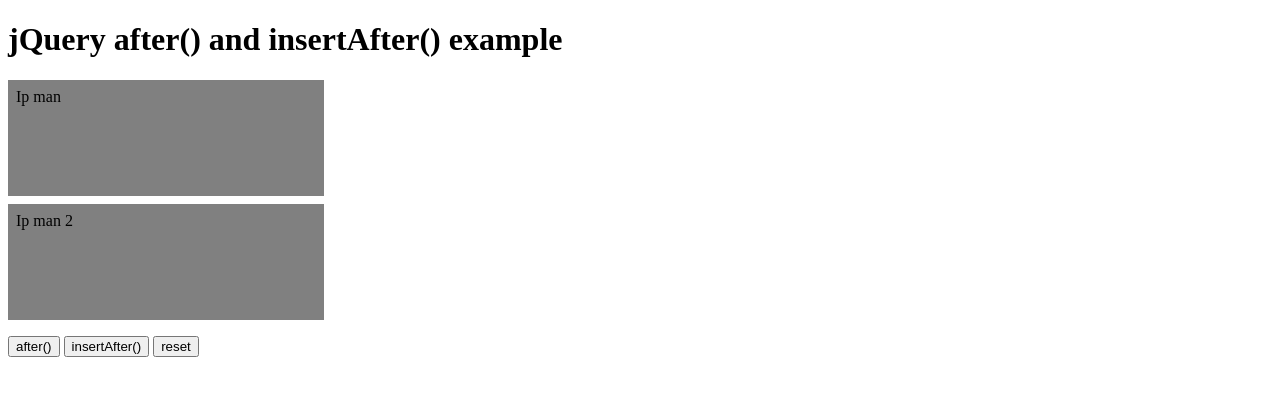
Repository: sudheerj/jQuery
Page: jQueryExamples/chapter06/SelectRadioButton.html
These files come from the project's save history. The page is drawn as it stood at one moment and after a run of saves; the edit follows.
The browser window is 1280 px wide. The pictures show the whole page.

Above is the page before, as saved 2016-10-21 17:44:00.

### jQueryExamples/chapter06/SelectRadioButton.html
<!DOCTYPE html>
<html>
	<head>
		<title>jQuery Animate</title>
		<script type="text/javascript" src="..\jquery\jquery-3.1.1.min.js"></script>
		<style type="text/css">
			.greyBox {
				padding: 8px;
				background: grey;
				margin-bottom: 8px;
				width: 300px;
				height: 100px;
			}
			.redBox {
				padding: 8px;
				background: red;
				margin-bottom: 8px;
				width: 200px;
				height: 50px;
			}
		</style>

	</head>
	<body>
		<h1>jQuery after() and insertAfter() example</h1>

		<div class="greyBox">
			Ip man
		</div>

		<div class="greyBox">
			Ip man 2
		</div>

		<p>
			<button id="after">
				after()
			</button>
			<button id="insertAfter">
				insertAfter()
			</button>
			<button id="reset">
				reset
			</button>
		</p>

		<script type="text/javascript">
			$("#after").click(function() {

				$('.greyBox').after("<div class='redBox'>Iron man</div>");

			});

			$("#insertAfter").click(function() {

				$("<div class='redBox'>Iron man</div>").insertAfter('.greyBox');

			});

			$("#reset").click(function() {
				location.reload();
			});

		</script>
	</body>
</html>

Loaded but not shown: jQueryExamples/jquery/jquery-3.1.1.min.js (library)

After the next 2 saves:
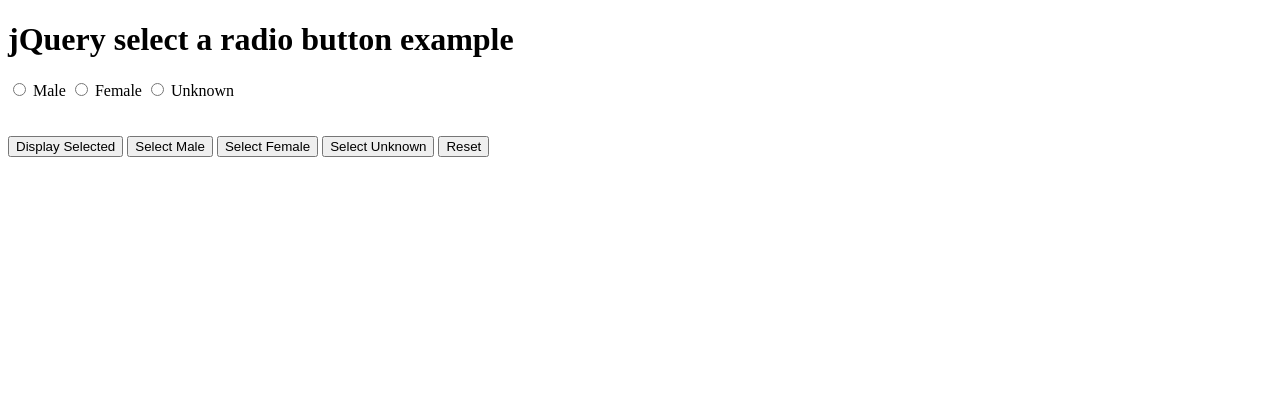
The 2 saves are shown as one change because they came seconds apart.
The last was saved 8 min 11 s later.
--- a/jQueryExamples/chapter06/SelectRadioButton.html
+++ b/jQueryExamples/chapter06/SelectRadioButton.html
@@ -3,64 +3,69 @@
 	<head>
 		<title>jQuery Animate</title>
 		<script type="text/javascript" src="..\jquery\jquery-3.1.1.min.js"></script>
-		<style type="text/css">
-			.greyBox {
-				padding: 8px;
-				background: grey;
-				margin-bottom: 8px;
-				width: 300px;
-				height: 100px;
-			}
-			.redBox {
-				padding: 8px;
-				background: red;
-				margin-bottom: 8px;
-				width: 200px;
-				height: 50px;
-			}
-		</style>
+	</head>
 
-	</head>
 	<body>
-		<h1>jQuery after() and insertAfter() example</h1>
 
-		<div class="greyBox">
-			Ip man
-		</div>
-
-		<div class="greyBox">
-			Ip man 2
-		</div>
-
-		<p>
-			<button id="after">
-				after()
-			</button>
-			<button id="insertAfter">
-				insertAfter()
-			</button>
-			<button id="reset">
-				reset
-			</button>
-		</p>
+		<h1>jQuery select a radio button example</h1>
 
 		<script type="text/javascript">
-			$("#after").click(function() {
+			$(document).ready(function() {
 
-				$('.greyBox').after("<div class='redBox'>Iron man</div>");
+				$("#isSelect").click(function() {
+
+					alert($('input:radio[name=sex]:checked').val());
+
+				});
+
+				$("#selectMale").click(function() {
+
+					$('input:radio[name=sex]:nth(0)').attr('checked', true);
+					//$('input:radio[name=sex]')[0].checked = true;
+
+				});
+
+				$("#selectFemale").click(function() {
+
+					$('input:radio[name=sex]:nth(1)').attr('checked', true);
+					//$('input:radio[name=sex]')[1].checked = true;
+
+				});
+
+				$("#selectUnknown").click(function() {
+
+					$('input:radio[name=sex]:nth(2)').attr('checked', true);
+					//$('input:radio[name=sex]')[2].checked = true;
+
+				});
+
+				$("#reset").click(function() {
+
+					$('input:radio[name=sex]').attr('checked', false);
+
+				});
 
 			});
+		</script>
+		</head>
+	<body>
 
-			$("#insertAfter").click(function() {
+		<input type="radio" name="sex" value="Male">
+		Male</input>
+		<input type="radio" name="sex" value="Female">
+		Female</input>
+		<input type="radio" name="sex" value="Unknown">
+		Unknown</input>
 
-				$("<div class='redBox'>Iron man</div>").insertAfter('.greyBox');
+		<br/>
+		<br/>
+		<br/>
 
-			});
+		<input type='button' value='Display Selected' id='isSelect'>
+		<input type='button' value='Select Male' id='selectMale'>
+		<input type='button' value='Select Female' id='selectFemale'>
+		<input type='button' value='Select Unknown' id='selectUnknown'>
+		<input type='button' value='Reset' id='reset'>
 
-			$("#reset").click(function() {
-				location.reload();
-			});
-
-		</script>
 	</body>
 </html>
